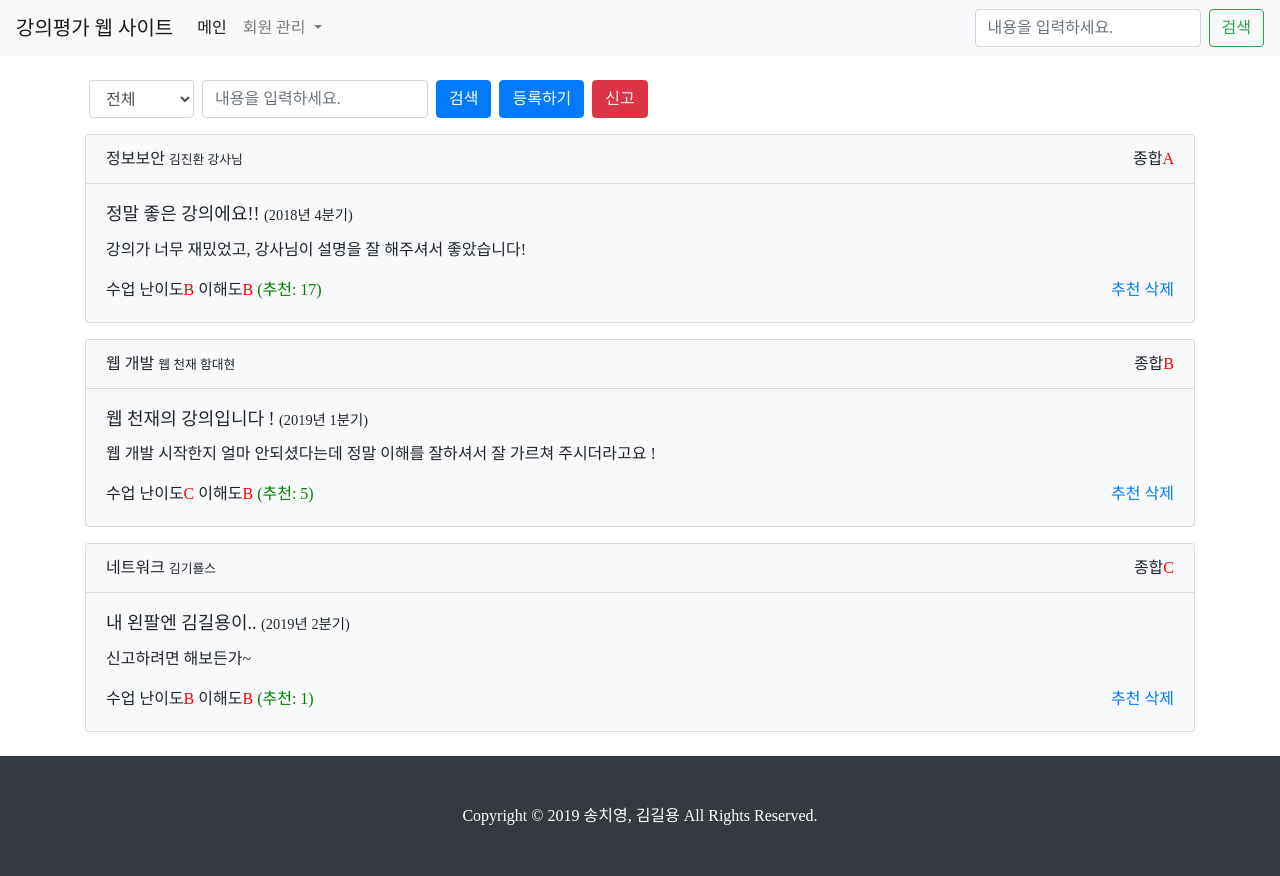
Repository: cldud5221/thdcldud
Page: http://localhost/info/
An editor plug-in stored every save of this project. The page is shown before and after the next save, followed by the edit.
The browser window is 1280 px wide. The pictures show the whole page.
Some web fonts or font styles are not loaded; a fallback is used. The page is served by Tomcat 9.

Above is the page before, as saved 2019-07-11 02:47:10.

After the next save:
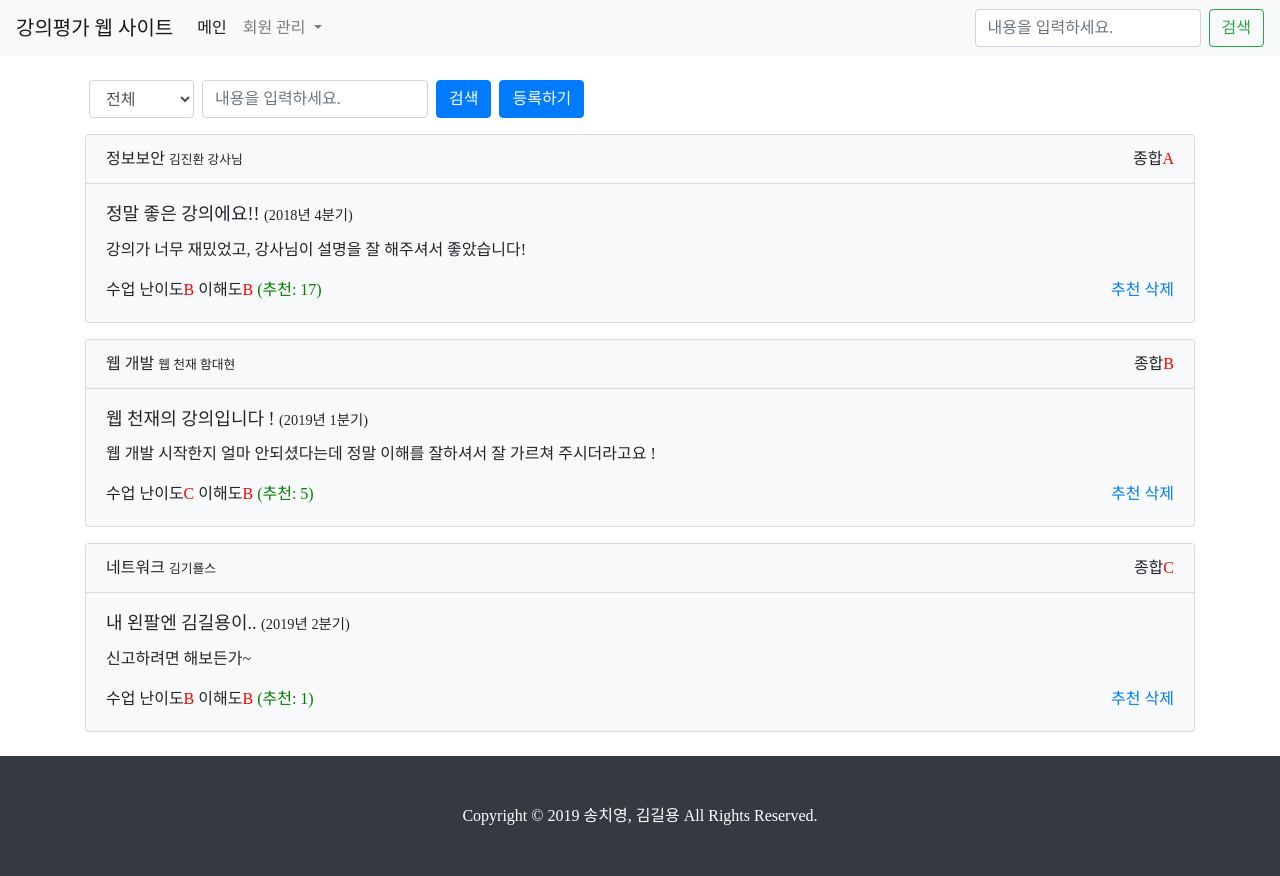
Saved 43 s later.
--- a/info/WebContent/index.jsp
+++ b/info/WebContent/index.jsp
@@ -76,7 +76,6 @@
 			<input type="text" name="search" class="form-control mx-1 mt-2" placeholder="내용을 입력하세요.">
 			<button type="submit" class="btn btn-primary mx-1 mt-2">검색</button>
 			<a class="btn btn-primary mx-1 mt-2" data-toggle="modal" href="#registerModal">등록하기</a>
-			<a class="btn btn-danger mx-1 mt-2" data-toggle="modal" href="#reportModal">신고</a>
 		</form>
 		<div class="card bg-light mt-3">
 			<div class="card-header bg-light">
